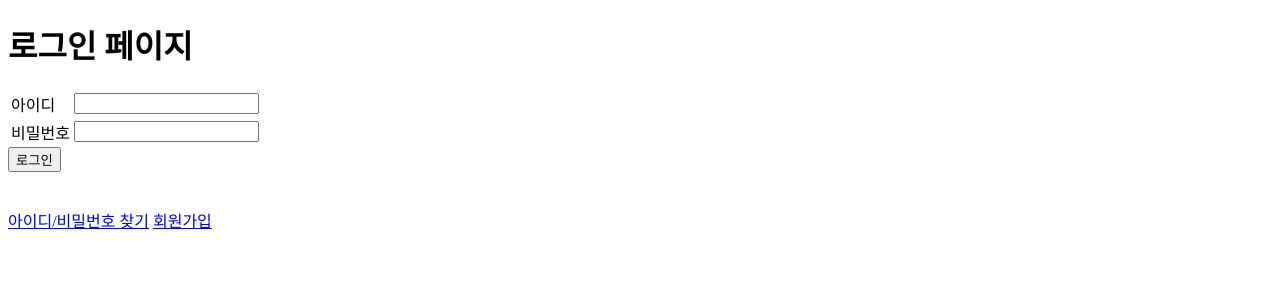
Repository: ksccmp/notice-board
Page: http://localhost/board/login.jsp
These files come from the project's save history. The page is drawn as it stood at one moment and after the next save; the edit follows.
The browser window is 1280 px wide. The pictures show the whole page.
The page is served by Tomcat 9. Nobody is signed in. The application's start-up code is not run. Other server files are loaded and not shown.

Above is the page before, as saved 2019-09-18 13:30:00.

### board/src/main/webapp/login.jsp
<%@ page language="java" contentType="text/html; charset=UTF-8"
    pageEncoding="UTF-8"%>
<!DOCTYPE html PUBLIC "-//W3C//DTD HTML 4.01 Transitional//EN" "http://www.w3.org/TR/html4/loose.dtd">
<html>
<head>
<meta http-equiv="Content-Type" content="text/html; charset=UTF-8">
<title>LoginPage</title>
</head>
<style>
	#hreffont {
		font-size: 1em;
	}
</style>
<body>
	<h1>로그인 페이지</h1>
	<form method="post" action="">
		<table>
			<tr>
				<td>아이디</td>
				<td><input type="text" id="id" name="id"></td>
			</tr>

			<tr>
				<td>비밀번호</td>
				<td><input type="password" id="password" name="password"></td>
			</tr>
		</table>
		<input type="submit" value="로그인">
	</form>

	<br><br>
	<a href="#" id="hreffont">아이디/비밀번호 찾기</a>
	<a href="#" id="hreffont">회원가입</a>
</body>
</html>

After the next save:
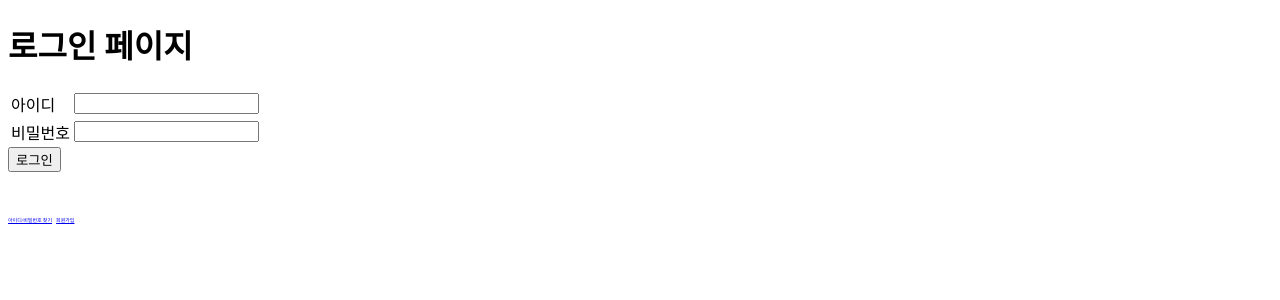
Saved 11 s later.
--- a/board/src/main/webapp/login.jsp
+++ b/board/src/main/webapp/login.jsp
@@ -8,7 +8,7 @@
 </head>
 <style>
 	#hreffont {
-		font-size: 1em;
+		font-size: 5px;
 	}
 </style>
 <body>
